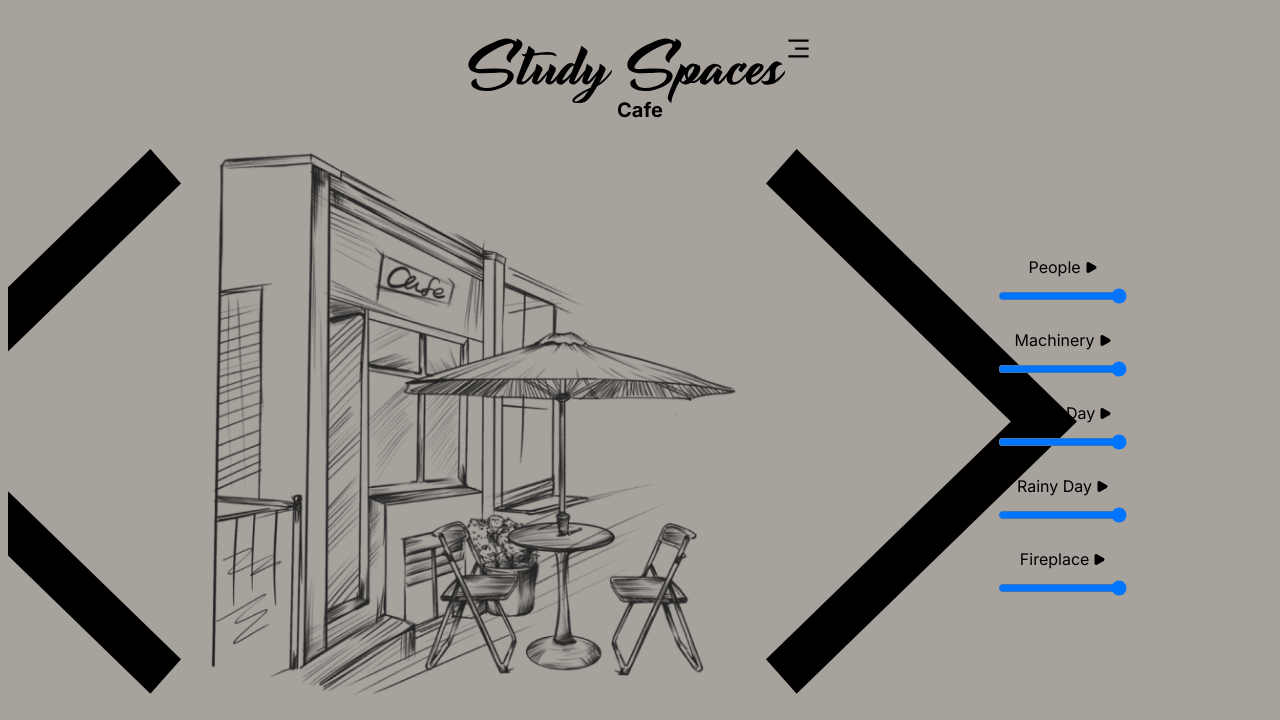
Repository: kaitlynlie/studyspaces
Page: / (app in studyspaces/)
An editor plug-in stored every save of this project. The page is shown before and after the next save, followed by the edit.
The browser window is 1280 px wide. The pictures show the whole page.
The project was rebuilt for these pictures with package versions that can differ from the ones it lists, and the page was loaded fresh each time. Also part of the build but not shown: studyspaces/vite.config.ts. Imported but missing from the stored project, and not drawn on this page: studyspaces/src/audio/fireplace.wav, studyspaces/src/audio/people.wav, studyspaces/src/audio/rain.wav, studyspaces/src/audio/softmachinery.mp3, studyspaces/src/audio/sun.wav.

Above is the page before, as saved 2023-09-28 23:13:33.

After the next save:
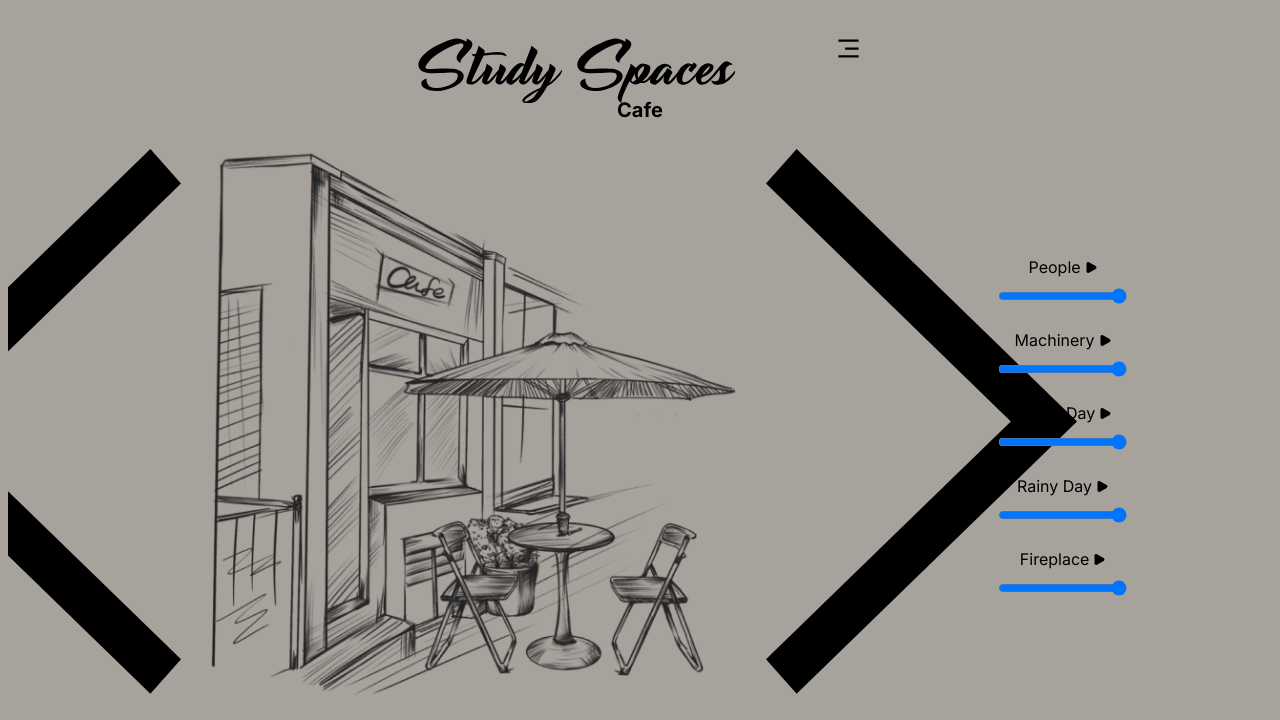
Saved 3 min 0 s later.
--- a/studyspaces/src/pages/home.module.scss
+++ b/studyspaces/src/pages/home.module.scss
@@ -23,6 +23,7 @@
             margin-top: -20px;
             cursor: pointer;
             z-index: 10;
+            padding-left: 100px;
             .box {
               display: flex;
               justify-content: flex-end;

After the save that followed:
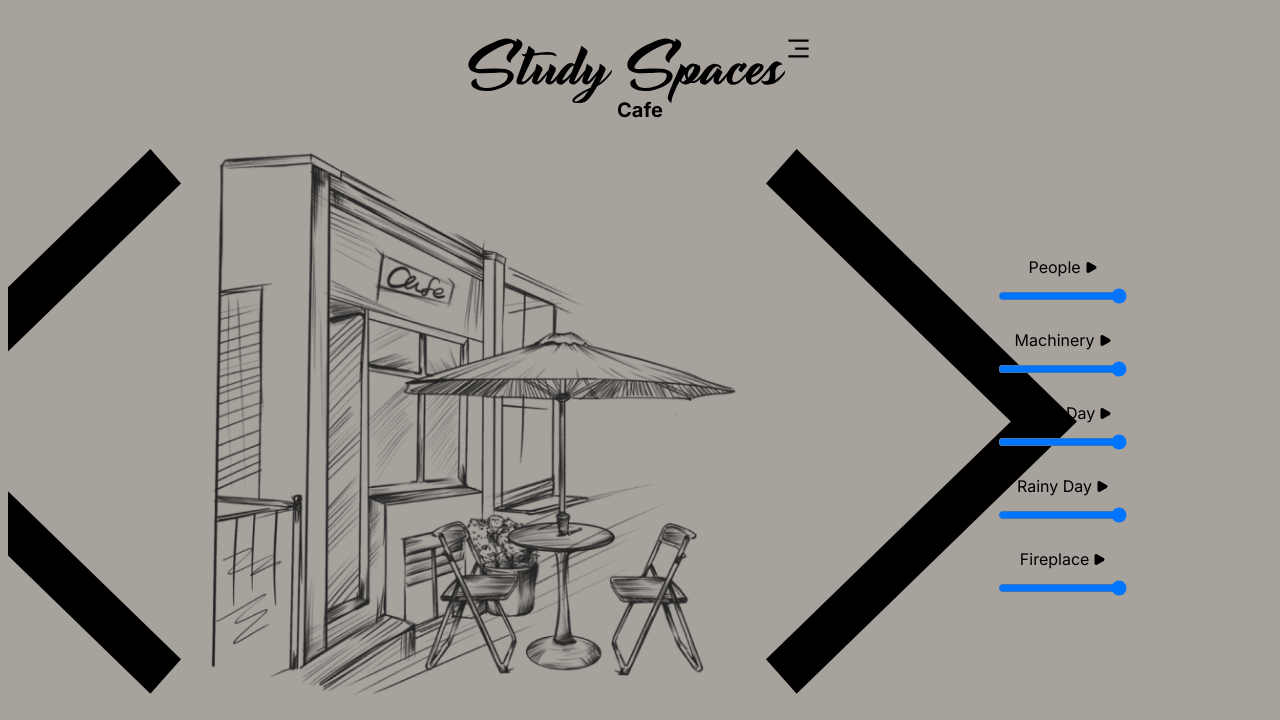
Saved 26 s later.
--- a/studyspaces/src/pages/home.module.scss
+++ b/studyspaces/src/pages/home.module.scss
@@ -23,7 +23,7 @@
             margin-top: -20px;
             cursor: pointer;
             z-index: 10;
-            padding-left: 100px;
+            justify-content: flex-end;
             .box {
               display: flex;
               justify-content: flex-end;
